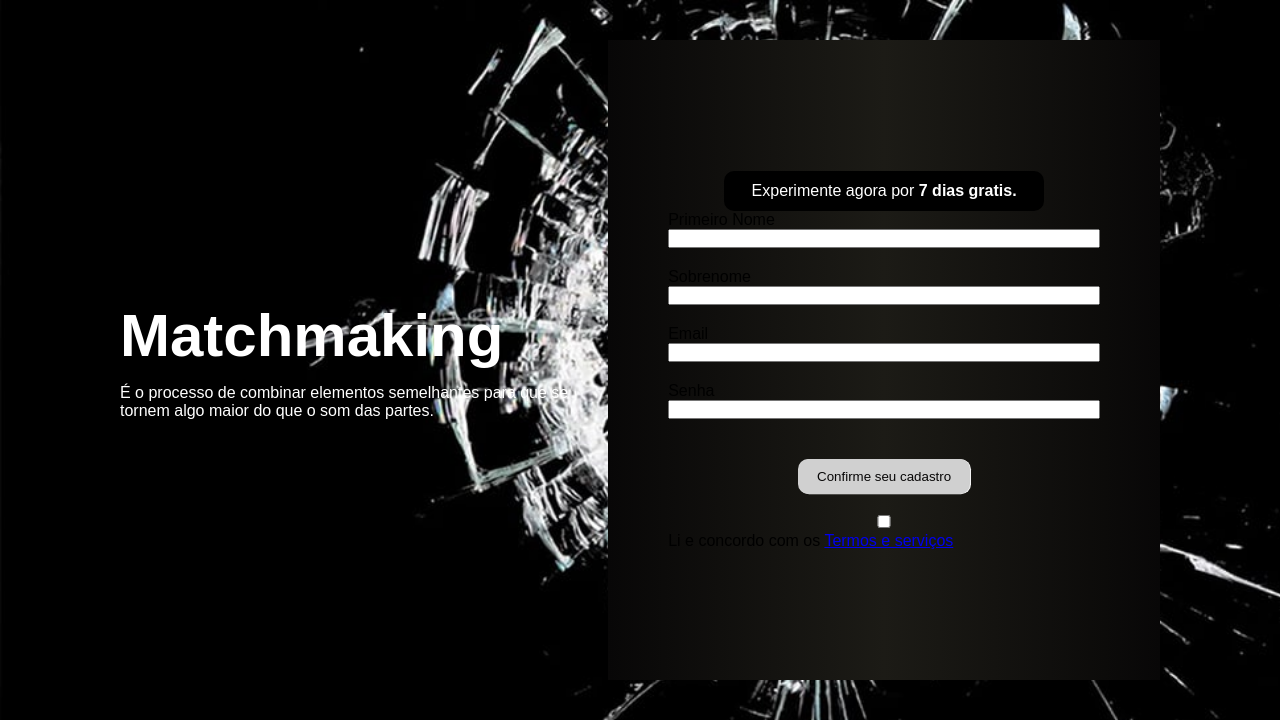
Repository: analessp/tela-login
Page: index.html
An editor plug-in stored every save of this project. The page is shown before and after the next save, followed by the edit.
The browser window is 1280 px wide. The pictures show the whole page.
Some web fonts or font styles are not loaded; a fallback is used.

Above is the page before, as saved 2025-04-16 11:05:52.

After the next save:
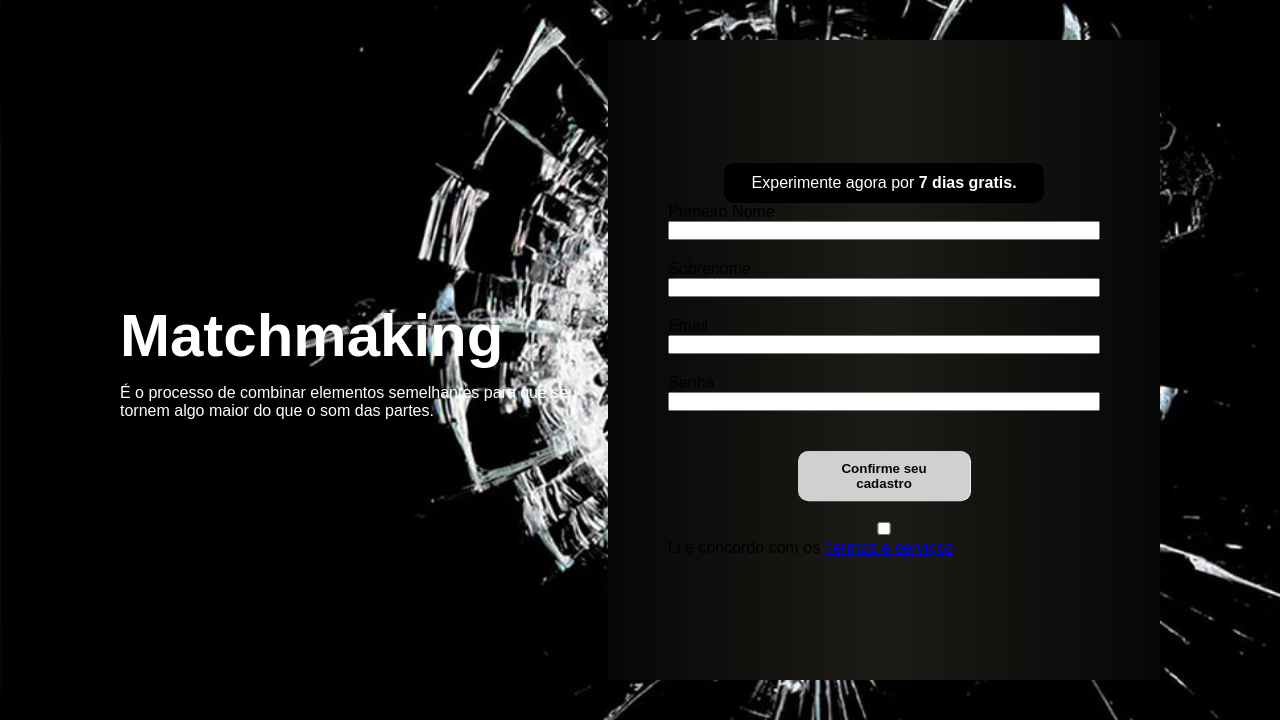
Saved 15 s later.
--- a/style.css
+++ b/style.css
@@ -98,7 +98,7 @@ text-align: center;
     align-self: center;
     border: 0px;
     box-shadow: 1px 0.2px 0.5px #f3f3f3;
-    font-weight: ;
+    font-weight: 580;
 }
 
 @keyframes left-to-right {
